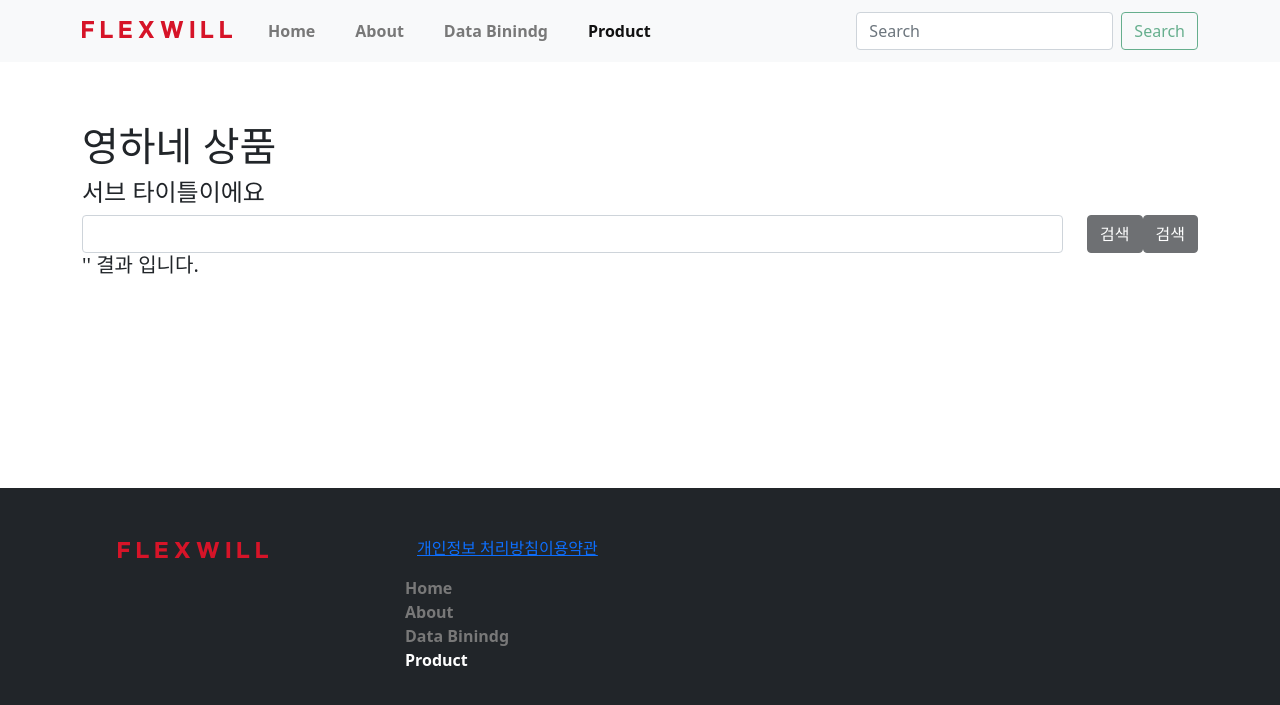
Repository: jang0ha/vue
Page: /product
An editor plug-in stored every save of this project. The page is shown before and after the next save, followed by the edit.
The browser window is 1280 px wide. The pictures show the whole page.
The project was rebuilt for these pictures with package versions that can differ from the ones it lists, and the page was loaded fresh each time. Also part of the build but not shown: vue.config.js, src/views/HomeView.vue, src/views/AboutView.vue.

Above is the page before, as saved 2022-04-19 12:06:24.

### src/main.js
import { createApp } from 'vue'
import App from './App.vue'
import router from './router'

import 'bootstrap/dist/css/bootstrap.css'



createApp(App).use(router).mount('#app')



import "bootstrap/dist/js/bootstrap.js";

### src/App.vue
<template>
    <div id="wrap">
        <Header />
        <!-- <Content /> -->
        <Footer />
    </div>
</template>

<style>
@import "./assets/css/layout.css";
</style>

<script>
import Header from"./components/layout/Header.vue";
// import Content from"./components/layout/Content.vue";
import Footer from"./components/layout/Footer.vue";

export default {
    name:"App",
    components:{
        Header,
        // Content,
        Footer,
    }
}
</script>

### src/router/index.js
// import { createRouter, createWebHistory } from 'vue'
import { createRouter, createWebHistory } from 'vue-router'
import HomeView from '../views/HomeView.vue'
import AboutView from '../views/AboutView.vue'
import DataBinding from '../views/DataBinding.vue'
import ProductView from '../views/ProductView.vue'

const routes = [
  {
    path: '/', //브라우저에서 접속하는 url 주소를 정의
    name: 'home',
    component: HomeView // 지정된path로 들어왔을 때 보여줄 vue 컴포넌트 , 앞으로 구현할 vue 파일을 연결하고, 해당파일을 실행
  },
  {
    path: '/about',
    name: 'about',
    // route level code-splitting  >> 라우트 레벨에서 코드를 분할하는 방법
    // this generates a separate chunk (about.[hash].js) for this route  >> 이 라우트에 대한 chunk파일이 분리되어 생성
    // which is lazy-loaded when the route is visited.  >> 이 라우트에 방문했을떄 지연로드 됩니다.
    // component: () => import(
      /* webpackChunkName: "about" */
    //   '../views/AboutView.vue'
    // )
    component: AboutView
  },
  {
    path: '/databinding',
    name: 'DataBinding',
    component:DataBinding
  },
  {
    path: '/product',
    name: 'ProductView',
    component:ProductView
  }
]

const router = createRouter({
  history: createWebHistory(process.env.BASE_URL),
  routes
})

export default router

### src/assets/css/layout.css
#app{
min-height: 100%;
 display: flex;
 flex-direction: column;
 overflow: hidden;
}
#content{
 flex-grow: 1;
 min-height:calc(100vh - 294px);
 padding:60px 0;
}

### src/components/layout/Header.vue
<template>
    <!-- <nav>
    <router-link to="/">Home</router-link> |
    <router-link to="/about">About</router-link>
    <router-link to="/databinding">Data Binindg</router-link>
    <router-link to="/product">Product</router-link>
  </nav> -->
    <div id="header-block">
        <header>
            <nav class="navbar navbar-expand-lg navbar-light bg-light">
                <div class="container">
                    <a class="navbar-brand" href="#">
                        <router-link to="/">
                            <img src="../../assets/images/logo.svg" alt="">
                        </router-link>
                    </a>
                    <button class="navbar-toggler" type="button" data-bs-toggle="collapse" data-bs-target="#navbarSupportedContent" aria-controls="navbarSupportedContent" aria-expanded="false" aria-label="Toggle navigation">
                        <span class="navbar-toggler-icon"></span>
                    </button>
                    <div class="collapse navbar-collapse" id="navbarSupportedContent">
                        <ul class="navbar-nav me-auto mb-2 mb-lg-0">
                            <li class="nav-item">
                                <router-link to="/">Home</router-link>
                            </li>
                            <li class="nav-item">
                                <router-link to="/about">About</router-link>
                            </li>
                            <li class="nav-item dropdown">
                                <router-link to="/databinding">Data Binindg</router-link>
                            </li>
                            <li class="nav-item">
                                <router-link to="/product">Product</router-link>
                            </li>
                        </ul>
                        <form class="d-flex">
                            <input class="form-control me-2" type="search" placeholder="Search" aria-label="Search" v-model="textValue">
                            <button class="btn btn-outline-success" type="submit" v-bind:disabled="textValue==''">Search</button>
                        </form>
                    </div>
                </div>
            </nav>
        </header>
    </div>

    <router-view />


</template>


<style>
@import "../../assets/css/header.css";
</style>

<script>

export default {
    name : 'header-nav',//컴포넌트 이름
    components: {}, //다른 컴포넌트 사용 시 컴포넌트를 import하고, 배열로 저장
    data(){ //html과 자바스크립트 코드에서 사용할 데이터 변수 선언
        return {
            textValue: '',
        };
    },
    setup(){}, // 컴포지션Api
    created(){}, //컴포넌트가 생성되면 실행
    mounted() {}, //templete에 정의된 html 코드가 랜더링 된 후 실행
    unmounted() {}, //unmount가 완료 된 후 실행
    methods: {}, //컴포넌트 내에서 사용할 메소드 정의
}
</script>

### src/components/layout/Footer.vue
<template>
    <div id="footer-block">
        <footer>
            <div class="bg-dark text-white">
                <div class="container p-5">
                    <div class="row row-0">
                        <div class="col-lg-3">
                                <router-link to="/">
                                    <img src="../../assets/images/logo.svg" alt="로고이미지" class="logo">
                                </router-link>
                        </div>
                        <div class="col-lg-9">
                            <ul class="d-flex">
                                <li><a href="">개인정보 처리방침</a></li>
                                <li class="ml-3"><a href="">이용약관</a></li>
                            </ul>
                            <ul class="navbar-nav me-auto mb-2 mb-lg-0">
                                <li class="nav-item">
                                <router-link to="/">
                                    Home
                                </router-link>
                                </li>
                                <li class="nav-item">
                                <router-link to="/about">About</router-link>
                                </li>
                                <li class="nav-item dropdown">
                                <router-link to="/databinding">Data Binindg</router-link>
                                </li>
                                <li class="nav-item">
                                <router-link to="/product">Product</router-link>
                                </li>
                            </ul>
                        </div>
                    </div>
                </div>
            </div>
        </footer>
    </div>
</template>

<style>
@import "../../assets/css/footer.css";

</style>

<script>
export default {
    name : 'footer-nav',//컴포넌트 이름
    components: {}, //다른 컴포넌트 사용 시 컴포넌트를 import하고, 배열로 저장
    data(){ //html과 자바스크립트 코드에서 사용할 데이터 변수 선언
        return {
            textValue: '',
        };
    },
    setup(){}, // 컴포지션Api
    created(){}, //컴포넌트가 생성되면 실행
    mounted() {}, //templete에 정의된 html 코드가 랜더링 된 후 실행
    unmounted() {}, //unmount가 완료 된 후 실행
    methods: {}, //컴포넌트 내에서 사용할 메소드 정의
}
</script>

### src/views/DataBinding.vue
<template>
    <div id="content" class="content">
        <div class="container">
            <div class="databinding">
                <h1>hello, {{title}}</h1>

                <div>
                    <div>{{htmlString}}</div>
                    <div v-html="htmlString"></div>

                    <br><br><br><br>

                    <label for="1"><input type="checkbox" name="" id="1" v-model="checked" value="서울">서울</label>
                    <label for="2"><input type="checkbox" name="" id="2" v-model="checked" value="부산">부산</label>
                    <label for="3"><input type="checkbox" name="" id="3" v-model="checked" value="제주">제주</label>
                    <br>
                    <span>체크한 지역 {{checked}}</span>
                    <br><br><br><br>
                    <label for="4"><input type="radio" name="" id="4" v-model="picked" value="서울">서울</label>
                    <label for="5"><input type="radio" name="" id="5" v-model="picked" value="부산">부산</label>
                    <label for="6"><input type="radio" name="" id="6" v-model="picked" value="제주">제주</label>
                    <br>
                </div>
            </div>
        </div>

    </div>
</template>
<script>
export default {
    data(){ //html과 자바스크립트 코드에서 사용할 데이터 변수 선언
        return {
            title : "데이터 바인딩~!@!@!@!@!@!@ ",
            htmlString:'<p style="color: red;">나는 문어~ </p>',
            checked: [],
            picked:[],
            textValue :"",
            isActive:"true",
            hasError:"false"

        };
    },
}
</script>

<style>
    button{background:#111; color:#fff; outline:0;}
    button:disabled{background:#ededed;}
    .active{
        background:#ededed; color:blue; font-size:30px; font-weight: bold;

    }
    .fail {
        background:red; color:white; font-size:30px;font-weight: bold;
    }
</style>

### src/views/ProductView.vue
<template>
    <div id="content" class="content">
        <div class="container">
            <h1>{{ title}}</h1>
            <h4>{{subtitle}}</h4>

            <div class="row">
                <div class="col">
                    <input type="text" v-model="productSearch" name="" id="" class="form-control">
                </div>
                <div class="col-auto">
                    <button type="button" class="btn btn-dark" placeholder="상품명을 입력하세요" v-bind:disabled="productSearch ==''" @click="getData">검색</button>
                        <button type="button" class="btn btn-dark" placeholder="상품명을 입력하세요" v-bind:disabled="productSearch ==''" @click="setData">검색</button>
                </div>
            </div>

            <h5>'{{productSearch}}' 결과 입니다.</h5>
        </div>
    </div>
</template>
<script>
export default {
    data() { //html과 자바스크립트 코드에서 사용할 데이터 변수 선언
        return {
            title: "영하네 상품",
            subtitle: "서브 타이틀이에요",
            productSearch:"",
            productSearchView:""
        };
    },

    methods: {
      getData(){
          alert(this.productSearch)
      },
      setData(){
          this.productSearch = "";
      }
    },
}
</script>

<style>
</style>

### src/assets/css/header.css
.nav-item a{padding: 0 20px; text-decoration: none; color:#787878; font-weight:bold;}
.nav-item a:hover{color:#111;}
.router-link-active{ color:#111!important;}
.navbar-brand{
    width:150px;
    height:46px;
}

### src/assets/css/footer.css
footer .logo{width:150px;}
ul li{list-style: none;}


/* ------------------------------------------------------------ */
footer .nav-item a{padding: 0 20px; text-decoration: none; color:#787878; font-weight:bold;}
footer .nav-item a:hover{color:#fff;}
footer .router-link-active{ color:#fff!important;}
footer .navbar-brand{width:150px;height:46px;}

Loaded but not shown: public/index.html (common file)

After the next save:
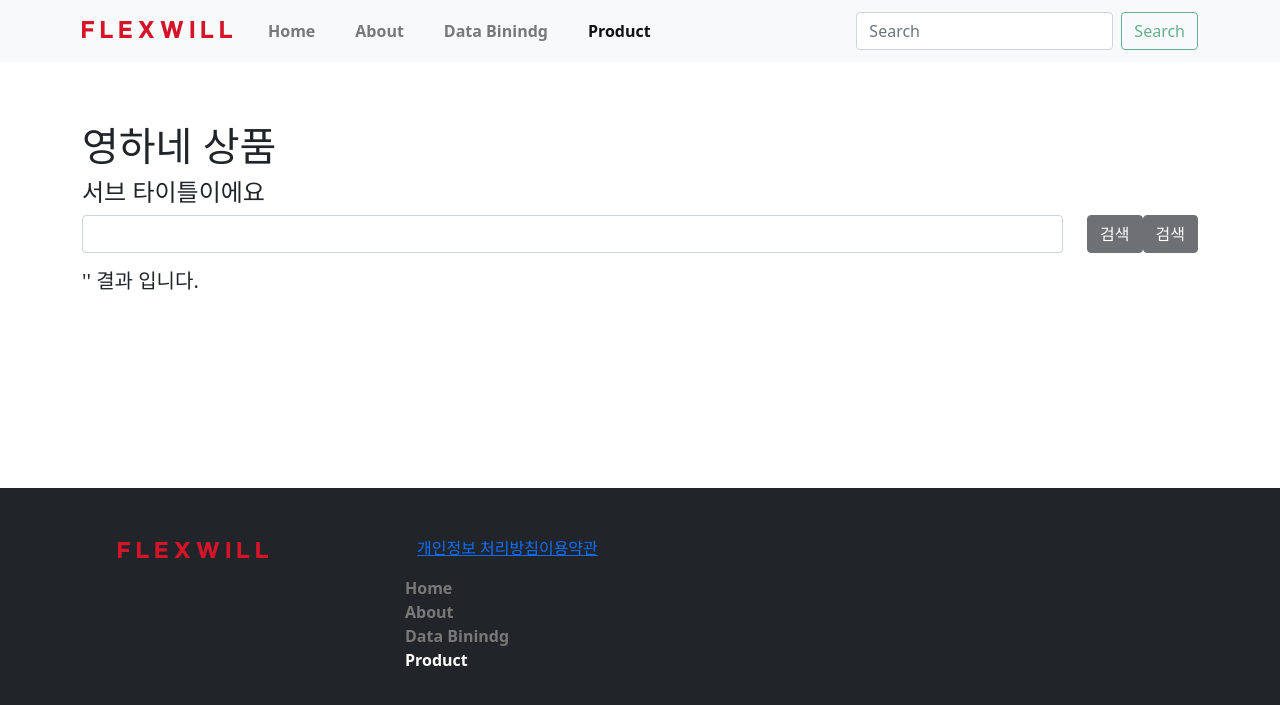
Saved 34 s later.
--- a/src/views/ProductView.vue
+++ b/src/views/ProductView.vue
@@ -14,7 +14,7 @@
                 </div>
             </div>
 
-            <h5>'{{productSearch}}' 결과 입니다.</h5>
+            <h5 class="mt-3">'{{productSearch}}' 결과 입니다.</h5>
         </div>
     </div>
 </template>
